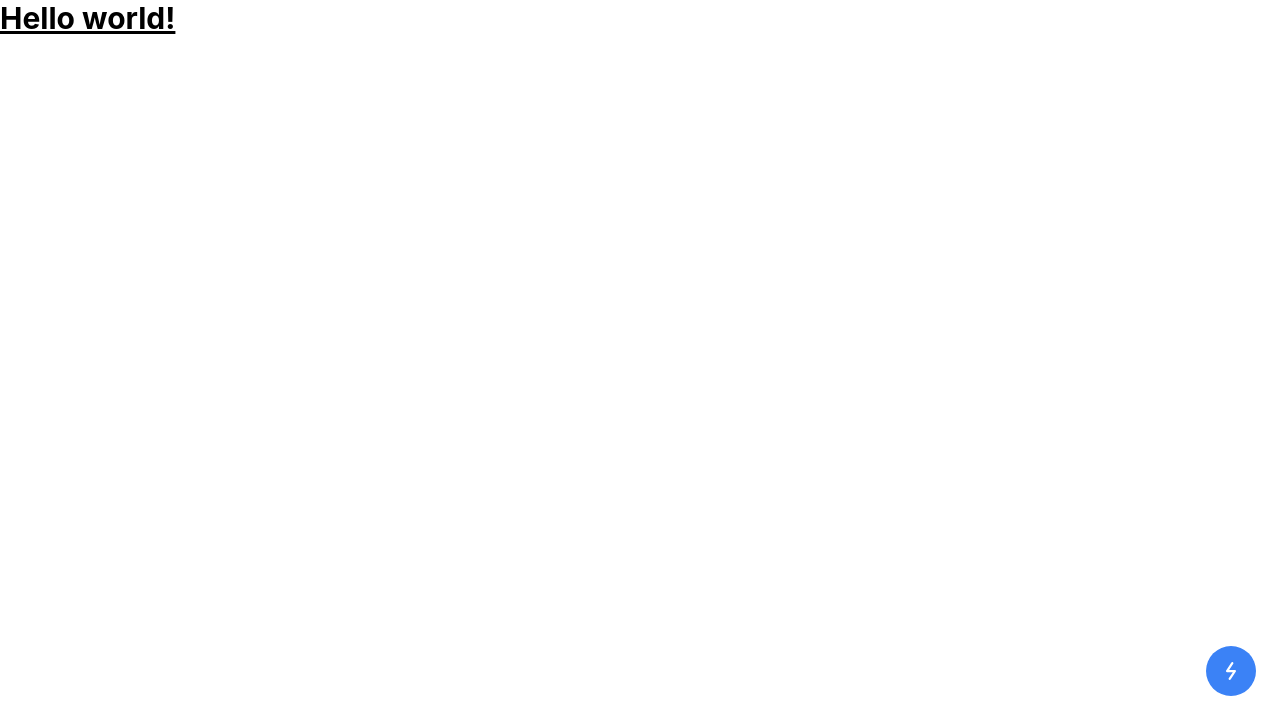
Repository: farrelmuhammad/quick-chat-task
Page: /
An editor plug-in stored every save of this project. The page is shown before and after the next save, followed by the edit.
The browser window is 1280 px wide. The pictures show the whole page.
The project was rebuilt for these pictures with package versions that can differ from the ones it lists, and the page was loaded fresh each time. Also part of the build but not shown: src/App.css.

Above is the page before, as saved 2023-09-18 10:35:57.

After the next save:
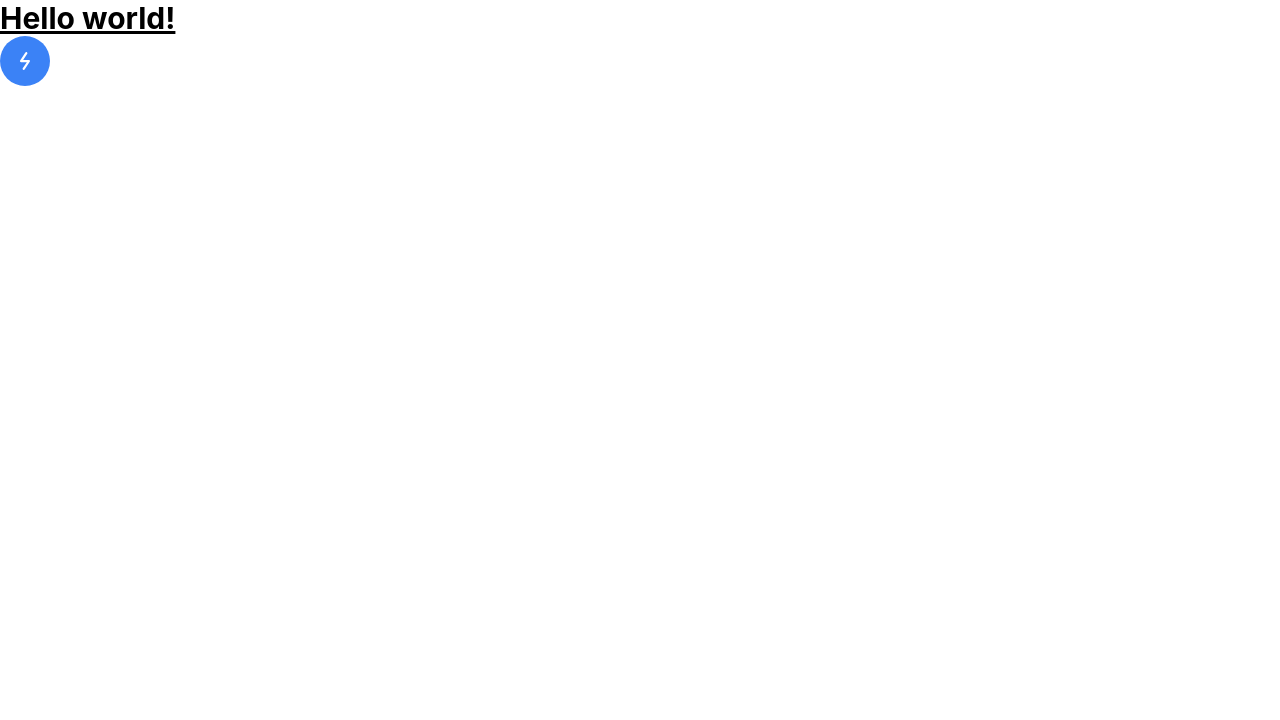
Saved 15 s later.
--- a/src/App.js
+++ b/src/App.js
@@ -12,7 +12,7 @@
     <div>
       <h1 className="text-3xl font-bold underline">Hello world!</h1>
 
-      <button className="fixed bottom-6 right-6 bg-blue-500 text-white cursor-pointer transition hover:bg-blue-700 p-4 rounded-full" onClick={toggleAdditionalButtons}>
+      <button className="bg-blue-500 text-white cursor-pointer transition hover:bg-blue-700 p-4 rounded-full" onClick={toggleAdditionalButtons}>
         <svg width="18" height="18" viewBox="0 0 18 32" fill="none" xmlns="http://www.w3.org/2000/svg">
           <path fill-rule="evenodd" clip-rule="evenodd" d="M12.4427 0.335929C13.3618 0.948634 13.6101 2.19037 12.9974 3.10943L5.73704 14H16C16.7376 14 17.4153 14.406 17.7634 15.0563C18.1114 15.7066 18.0732 16.4957 17.6641 17.1094L8.33077 31.1094C7.71807 32.0285 6.47633 32.2768 5.55727 31.6641C4.63821 31.0514 4.38986 29.8097 5.00257 28.8906L12.263 18H2C1.26241 18 0.584692 17.5941 0.236654 16.9437C-0.111384 16.2934 -0.0732391 15.5043 0.335902 14.8906L9.66924 0.890629C10.2819 -0.0284284 11.5237 -0.276776 12.4427 0.335929Z" fill="white" />
         </svg>

After the save that followed:
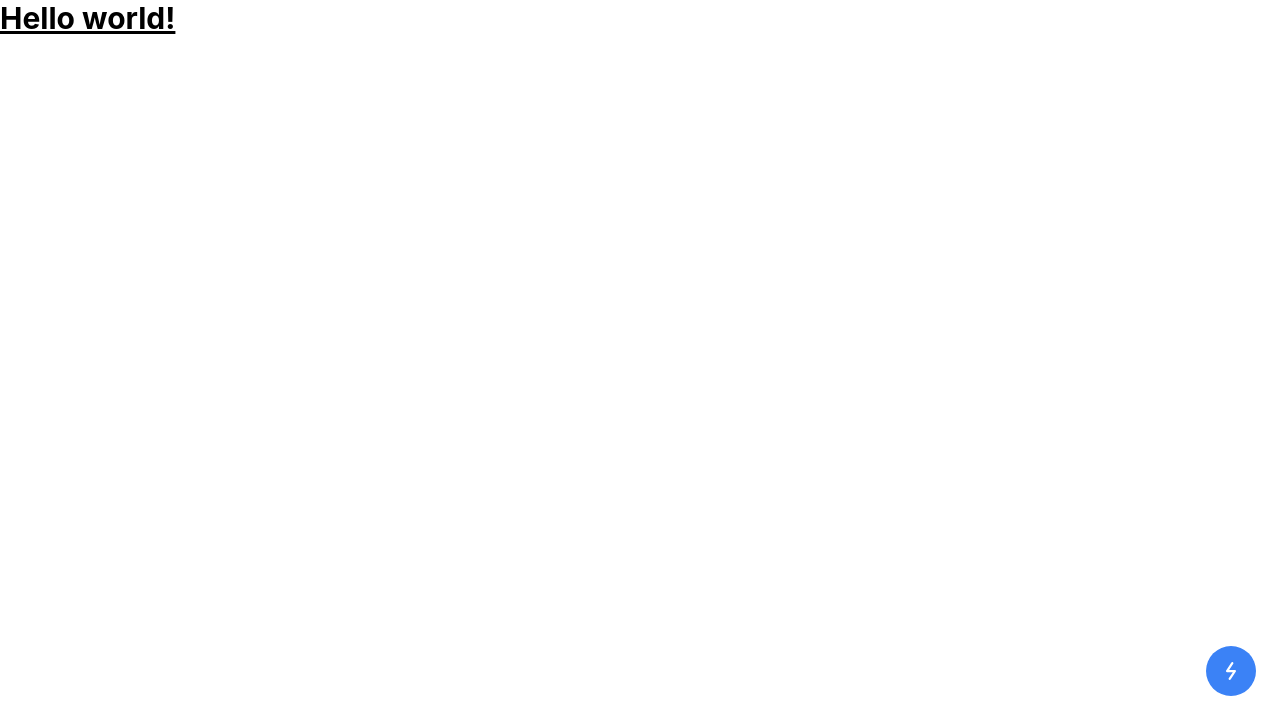
Saved 21 s later.
--- a/src/App.js
+++ b/src/App.js
@@ -11,12 +11,14 @@
   return (
     <div>
       <h1 className="text-3xl font-bold underline">Hello world!</h1>
+      <div className='fixed bottom-6 right-6 '>
+        <button className="bg-blue-500 text-white cursor-pointer transition hover:bg-blue-700 p-4 rounded-full" onClick={toggleAdditionalButtons}>
+          <svg width="18" height="18" viewBox="0 0 18 32" fill="none" xmlns="http://www.w3.org/2000/svg">
+            <path fill-rule="evenodd" clip-rule="evenodd" d="M12.4427 0.335929C13.3618 0.948634 13.6101 2.19037 12.9974 3.10943L5.73704 14H16C16.7376 14 17.4153 14.406 17.7634 15.0563C18.1114 15.7066 18.0732 16.4957 17.6641 17.1094L8.33077 31.1094C7.71807 32.0285 6.47633 32.2768 5.55727 31.6641C4.63821 31.0514 4.38986 29.8097 5.00257 28.8906L12.263 18H2C1.26241 18 0.584692 17.5941 0.236654 16.9437C-0.111384 16.2934 -0.0732391 15.5043 0.335902 14.8906L9.66924 0.890629C10.2819 -0.0284284 11.5237 -0.276776 12.4427 0.335929Z" fill="white" />
+          </svg>
+        </button>
+      </div>
 
-      <button className="bg-blue-500 text-white cursor-pointer transition hover:bg-blue-700 p-4 rounded-full" onClick={toggleAdditionalButtons}>
-        <svg width="18" height="18" viewBox="0 0 18 32" fill="none" xmlns="http://www.w3.org/2000/svg">
-          <path fill-rule="evenodd" clip-rule="evenodd" d="M12.4427 0.335929C13.3618 0.948634 13.6101 2.19037 12.9974 3.10943L5.73704 14H16C16.7376 14 17.4153 14.406 17.7634 15.0563C18.1114 15.7066 18.0732 16.4957 17.6641 17.1094L8.33077 31.1094C7.71807 32.0285 6.47633 32.2768 5.55727 31.6641C4.63821 31.0514 4.38986 29.8097 5.00257 28.8906L12.263 18H2C1.26241 18 0.584692 17.5941 0.236654 16.9437C-0.111384 16.2934 -0.0732391 15.5043 0.335902 14.8906L9.66924 0.890629C10.2819 -0.0284284 11.5237 -0.276776 12.4427 0.335929Z" fill="white" />
-        </svg>
-      </button>
 
       {showAdditionalButtons && (
         <div className="additional-button">
